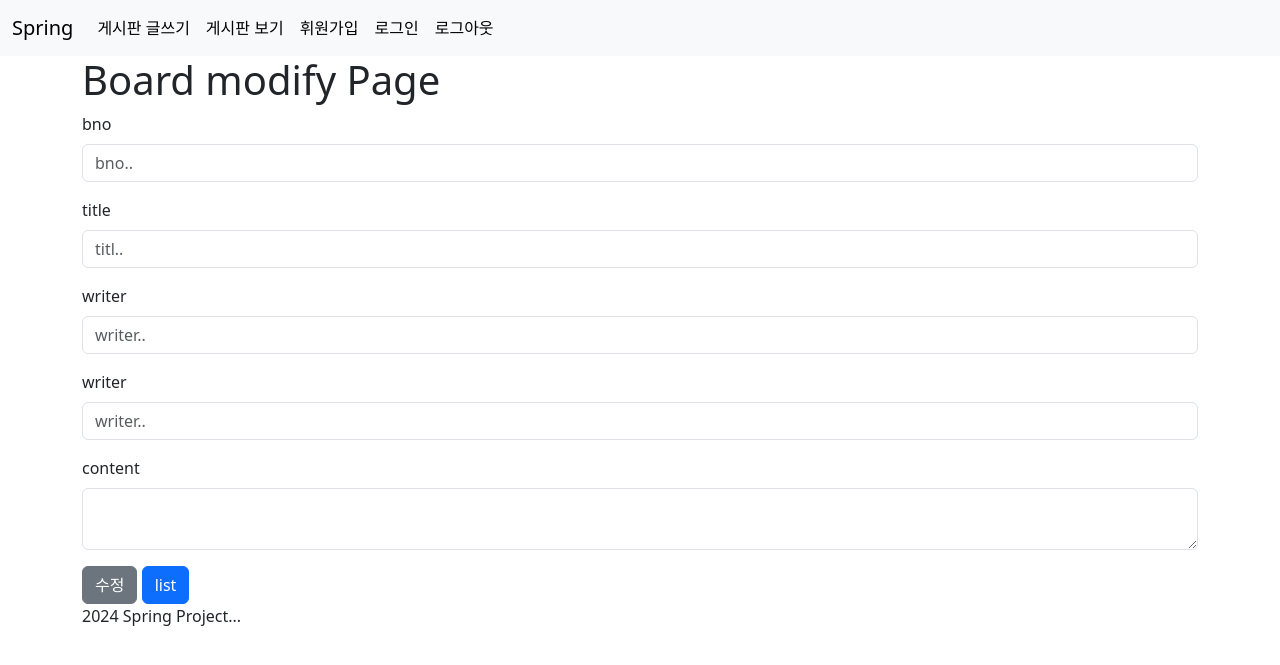
Repository: dlfhrrl12/springtest
Page: http://localhost/spring_study/WEB-INF/views/board/modify.jsp
The author's editor kept a copy of each file at every save. The page is drawn from the files as they stood at one save, then again after the next save.
The browser window is 1280 px wide. The pictures show the whole page.
The page is served by Tomcat 9. Nobody is signed in. The template is opened directly, without the code that normally fills it, so the values that code supplies are empty.

Above is the page before, as saved 2024-04-24 06:21:22.

### spring_study/src/main/webapp/WEB-INF/views/board/modify.jsp
<%@ page language="java" contentType="text/html; charset=UTF-8"
    pageEncoding="UTF-8"%>
<jsp:include page="../layout/header.jsp"/>
	<div class="container-md">
	<h1>Board modify Page</h1>
			<form action="/board/modify" method="post">
			<div class="mb-3">
		  		<label for="n" class="form-label">bno</label>
		  		<input type="text" class="form-control" name="bno" id="n" value="${bvo.bno }" readonly="readonly" placeholder="bno..">
			</div>
			<div class="mb-3">
		  		<label for="t" class="form-label">title</label>
		  		<input type="text" class="form-control" name="title" id="t" value="${bvo.title }" placeholder="titl..">
			</div>
			<div class="mb-3">
		  		<label for="w" class="form-label">writer</label>
		  		<input type="text" class="form-control" name="writer" value="${bvo.writer }" id="w" readonly="readonly" placeholder="writer..">
			</div>
			<div class="mb-3">
		  		<label for="r" class="form-label">writer</label>
		  		<input type="text" class="form-control" name="reg_date" value="${bvo.reg_date }" id="r" readonly="readonly" placeholder="writer..">
			</div>
			<div class="mb-3">
			  <label for="c" class="form-label">content</label>
			  <textarea class="form-control" id="c" name="content" aria-label="With textarea">${bvo.content }</textarea>
			</div>
			<button type="submit" class="btn btn-secondary">수정</button>
			<a href="/board/list"><button type="button" class="btn btn-primary">list</button></a>
			</form>

	</div>

<jsp:include page="../layout/footer.jsp" />

### spring_study/src/main/webapp/WEB-INF/views/layout/header.jsp
<%@ page language="java" contentType="text/html; charset=UTF-8"
    pageEncoding="UTF-8"%>
<!DOCTYPE html>
<html>
<head>
<meta charset="UTF-8">
<title>header.jsp</title>
<link href="https://cdn.jsdelivr.net/npm/bootstrap@5.3.3/dist/css/bootstrap.min.css" rel="stylesheet" integrity="sha384-QWTKZyjpPEjISv5WaRU9OFeRpok6YctnYmDr5pNlyT2bRjXh0JMhjY6hW+ALEwIH" crossorigin="anonymous">
<script src="https://cdn.jsdelivr.net/npm/bootstrap@5.3.3/dist/js/bootstrap.bundle.min.js" integrity="sha384-YvpcrYf0tY3lHB60NNkmXc5s9fDVZLESaAA55NDzOxhy9GkcIdslK1eN7N6jIeHz" crossorigin="anonymous"></script>
</head>
<body>
<nav class="navbar navbar-expand-lg bg-body-tertiary">
  <div class="container-fluid">
    <a class="navbar-brand" href="#">Spring</a>
    <button class="navbar-toggler" type="button" data-bs-toggle="collapse" data-bs-target="#navbarSupportedContent" aria-controls="navbarSupportedContent" aria-expanded="false" aria-label="Toggle navigation">
      <span class="navbar-toggler-icon"></span>
    </button>
    <div class="collapse navbar-collapse" id="navbarSupportedContent">
      <ul class="navbar-nav me-auto mb-2 mb-lg-0">
        <li class="nav-item">
          <a class="nav-link active"  href="/board/register">게시판 글쓰기</a>
        </li>
        <li class="nav-item">
          <a class="nav-link active"  href="/board/list">게시판 보기</a>
        </li>
        <li class="nav-item">
          <a class="nav-link active"  href="#">휘원가입</a>
        </li>
        <li class="nav-item">
          <a class="nav-link active"  href="#">로그인</a>
        </li>
        <li class="nav-item">
          <a class="nav-link active"  href="#">로그아웃</a>
        </li>
    </div>
  </div>
</nav>

### spring_study/src/main/webapp/WEB-INF/views/layout/footer.jsp
<%@ page language="java" contentType="text/html; charset=UTF-8"
    pageEncoding="UTF-8"%>



<div class="container-md">
	2024 Spring Project...
</div>

</body>
</html>

After the next save:
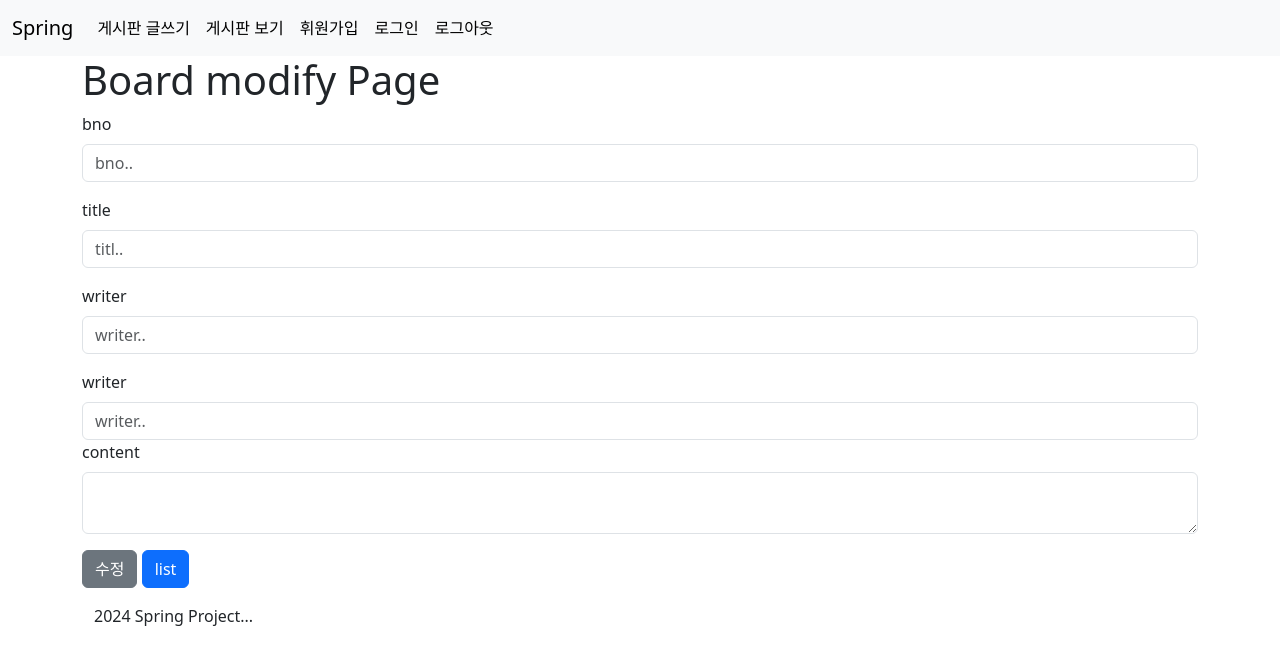
Saved 27 min 24 s later.
--- a/spring_study/src/main/webapp/WEB-INF/views/board/modify.jsp
+++ b/spring_study/src/main/webapp/WEB-INF/views/board/modify.jsp
@@ -19,7 +19,6 @@
 			<div class="mb-3">
 		  		<label for="r" class="form-label">writer</label>
 		  		<input type="text" class="form-control" name="reg_date" value="${bvo.reg_date }" id="r" readonly="readonly" placeholder="writer..">
-			</div>
 			<div class="mb-3">
 			  <label for="c" class="form-label">content</label>
 			  <textarea class="form-control" id="c" name="content" aria-label="With textarea">${bvo.content }</textarea>
